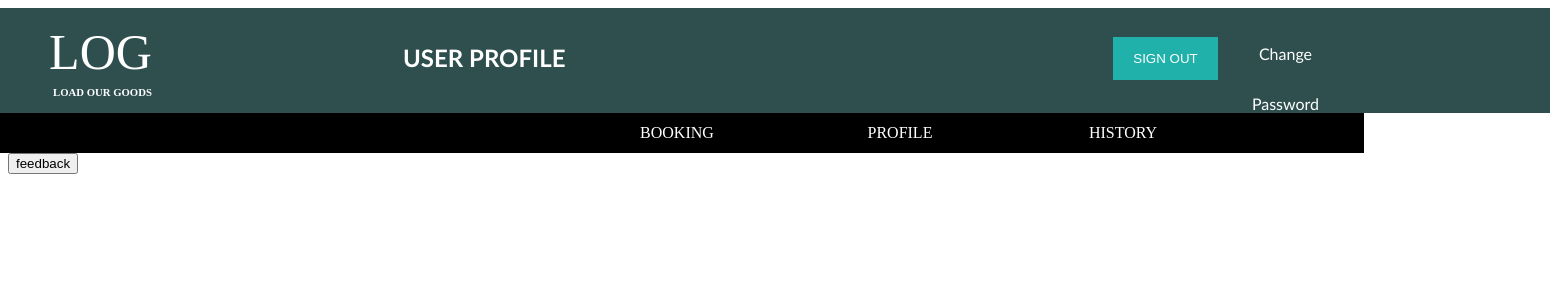
Repository: NAYAN9534/vehicle-booking-system
Page: http://localhost/minor/profile.jsp
An editor plug-in stored every save of this project. The page is shown before and after the next save, followed by the edit.
The browser window is 1280 px wide. The page is 1550 px wide, so the pictures cover 1550 px, including what lies to the right of the window. The pictures show the whole page.
The page is served by Tomcat 9.

Above is the page before, as saved 2017-05-27 17:48:18.

After the next save:
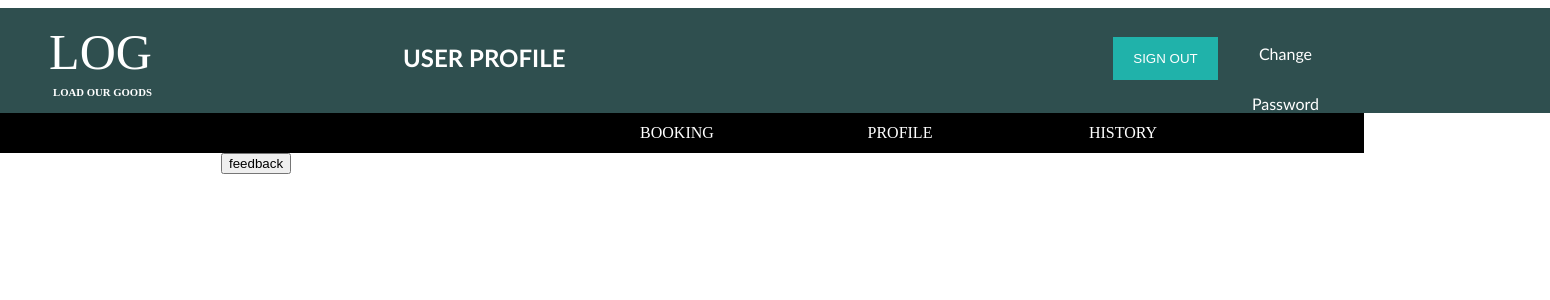
Saved 2 min 16 s later.
--- a/minor/WebContent/profile.jsp
+++ b/minor/WebContent/profile.jsp
@@ -204,6 +204,7 @@
  <li><a href="booking_page.jsp">BOOKING</a></li>
       <li><a href="welcome.jsp">PROFILE</a></li>
       <li><a href="history.jsp">HISTORY</a></li>
+      <li><a href="">Feedback</a></li>
 </ul>
 </div>
 </div><!--Header division ends-->

After the save that followed:
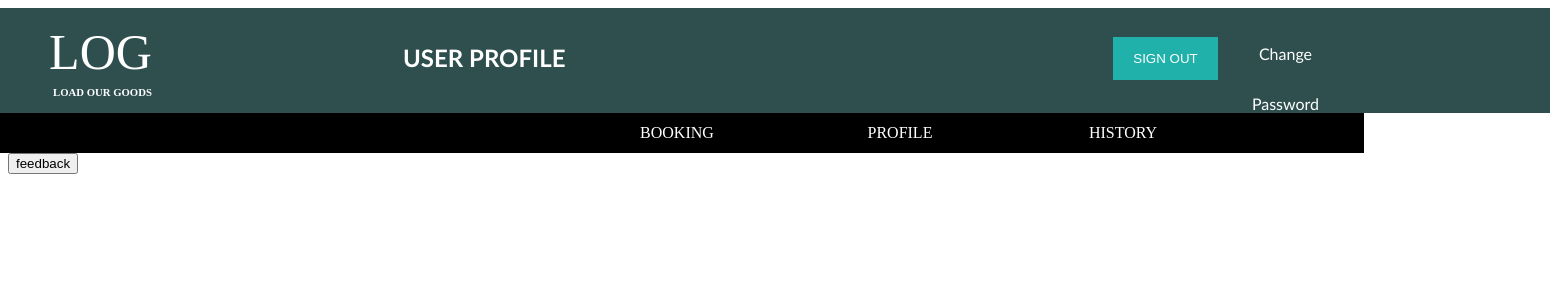
Saved 34 s later.
--- a/minor/WebContent/profile.jsp
+++ b/minor/WebContent/profile.jsp
@@ -204,7 +204,7 @@
  <li><a href="booking_page.jsp">BOOKING</a></li>
       <li><a href="welcome.jsp">PROFILE</a></li>
       <li><a href="history.jsp">HISTORY</a></li>
-      <li><a href="">Feedback</a></li>
+
 </ul>
 </div>
 </div><!--Header division ends-->
